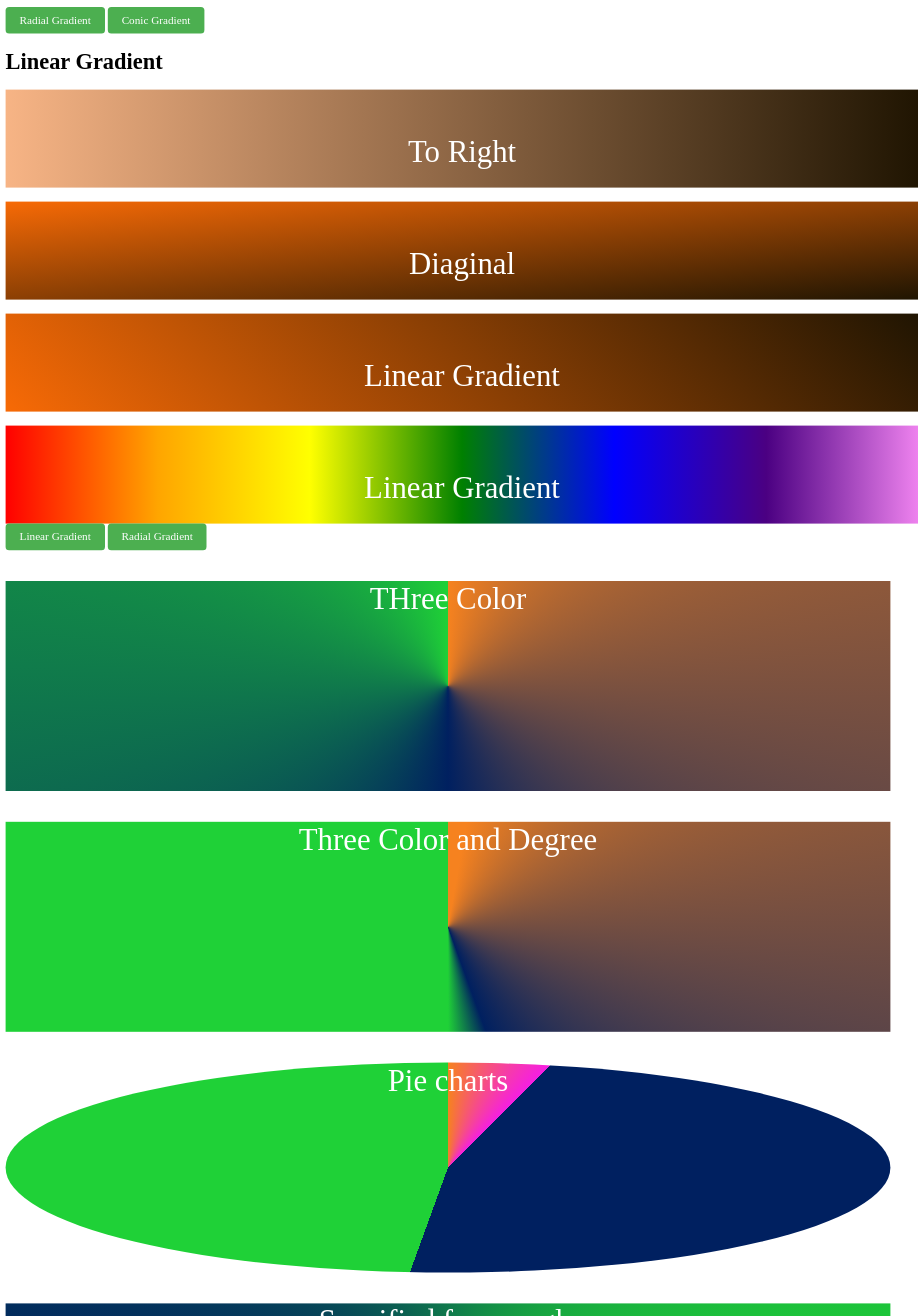
Repository: Pema-yangki/Css
Page: color.html
The author's editor kept a copy of each file at every save. The page is drawn from the files as they stood at one save, then again after the next save.
The browser window is 1280 px wide. The page is 1312 px wide, so the pictures cover 1312 px, including what lies to the right of the window. The pictures show the part of the page from y = 4620 to 6500 px (the page is 7134 px tall), at 70% of full size.

Above is the page before, as saved 2024-03-27 10:43:09.

### color.html
<!DOCTYPE html>
<html lang="en">
<head>
    <meta charset="UTF-8">
    <meta name="viewport" content="width=device-width, initial-scale=1.0">
    <title>Document</title>
    <style>
        div{
    margin-top: 20px;
    color: white;
    text-align: center;
    font-size: 44px;
}

.linear {
    background-image: linear-gradient(to right, #f7b485, #201502);
    width: 100%;
    height: 100px;
    padding: 20px;
}
.linearleft{
    background-image: linear-gradient(to bottom right, #f76a06, #201502);
    width: 100%;
    height: 100px;
    padding: 20px;
}
.angles {
    background-image: linear-gradient(45deg, #f76a06, #201502);
    width: 100%;
    height: 100px;
    padding: 20px;
}
.multi {
    background-image: linear-gradient(to right, red, orange, yellow, green, blue, indigo, violet);
    width: 100%;
    height: 100px;
    padding: 20px;
}
.styled-link {
    display: inline-block;
    padding: 10px 20px;
    background-color: #4CAF50;
    color: white;
    text-decoration: none;
    border-radius: 5px;
    transition: background-color 0.3s ease;
}

/* Hover effect */
.styled-link:hover {
    background-color: #45a049;
}

/* .linear{
    background-image: linear-gradient(to right, #ff7e5f, #feb47b);

    /* Set some additional styles for demonstration */
    /* width: 100%;
    height: 200px;
    border-radius: 10px;
    padding: 20px;
    color: white;
    text-align: center;
    font-size: 24px;
    font-family: Arial, sans-serif;
} */

.evenlyspaced {
    background-image:radial-gradient(#f6821f,#002060,#1fd137);
    height: 600px;
}
.differentlyspaced {
    background-image: radial-gradient(#f6821f
5%,#002060 15%,#1fd137 60%);
height: 600px;

}

.normal{
    background-image:
radial-gradient(at 60%
55%,#f6821f,#002060,#1fd137);
height: 600px;
}
.closest{
    background-image:
radial-gradient(closest-side at 60%
55%,#f6821f,#002060,#1fd137);
height: 600px;
}

.farther {
    background-image:
radial-gradient(farthest-side at 60%
55%,#f6821f,#002060,#1fd137);
height: 600px;
}
.closestcorner{
    background-image:
radial-gradient(closest-corner at 60%
55%,#f6821f,#002060,#1fd137);
height: 600px;
}

.Farthercorner{
    background-image:
radial-gradient(farthest-corner at 60%
55%,#f6821f,#002060,#1fd137);
height: 600px;
}

.threecolors{
    background-image:conic-gradient(#f6821f,#002060,#1fd137);
    height: 300px;}

.threecolorswithdegree{
    background-image: conic-gradient(#f6821f
10deg,#002060 160deg,#1fd137 180deg);
height: 300px;}

.piechart{
    background-image: conic-gradient(#f6821f
0deg,#f61fe1 45deg,#002060 45deg,#002060
200deg,#1fd137 200deg);
border-radius: 50%;
height: 300px;
}

.withangle{
    background-image: conic-gradient(from 90deg,
#f6821f ,#002060,#1fd137);
height: 300px;
}

.center{
    background-image: conic-gradient(at 20% 25%,
#f6821f ,#002060,#1fd137);
height: 300px;
}
    </style>
</head>
<body>
    <a href="index.html" class="styled-link">Linear Gradient</a>
    <a href="conic.html" class="styled-link">Conic Gradient</a>
    <h1>Radial Gradient</h1>
    <div class="evenlyspaced">
        <p>Evenly spaced</p>
    </div>
    <div class="differentlyspaced">
        <p>Differently spaced</p>
    </div>
    <div class="normal">
        <p>normal-side</p>
    </div>
     <div class="closest">
        <p>Closest-side</p>
    </div>
    <div class="farther">
        <p>farther-side</p>
    </div>

    <div class="closestcorner">
        <p>close corner</p>
    </div>
    <div class="Farthercorner">
        <p>far corner</p>
    </div> <br>
    <a href="radianr.html" class="styled-link">Radial Gradient</a>
    <a href="conic.html" class="styled-link">Conic Gradient</a>
    <h1>Linear Gradient</h1>
    <div class="linear">
        <p>To Right</p>
    </div>
    <div class="linearleft">
        <p>Diaginal</p>
    </div>
     <div class="angles">
        <p>Linear Gradient</p>
    </div>
    <div class="multi">
        <p>Linear Gradient</p>
    </div>

    <a href="index.html" class="styled-link">Linear Gradient</a>
    <a href="radianr.html" class="styled-link">Radial Gradient</a>
    <div class="threecolors">
        <p>THree Color</p>
    </div>
    <div class="threecolorswithdegree">
        <p>Three Color and Degree</p>
    </div>
    <div class="piechart">
        <p>Pie charts</p>
    </div>
    <div class="withangle">
        <p>Specified from angle</p>
    </div>
    <div class="center">
        <p>Specified from center</p>
    </div>

</body>
</html>

After the next save:
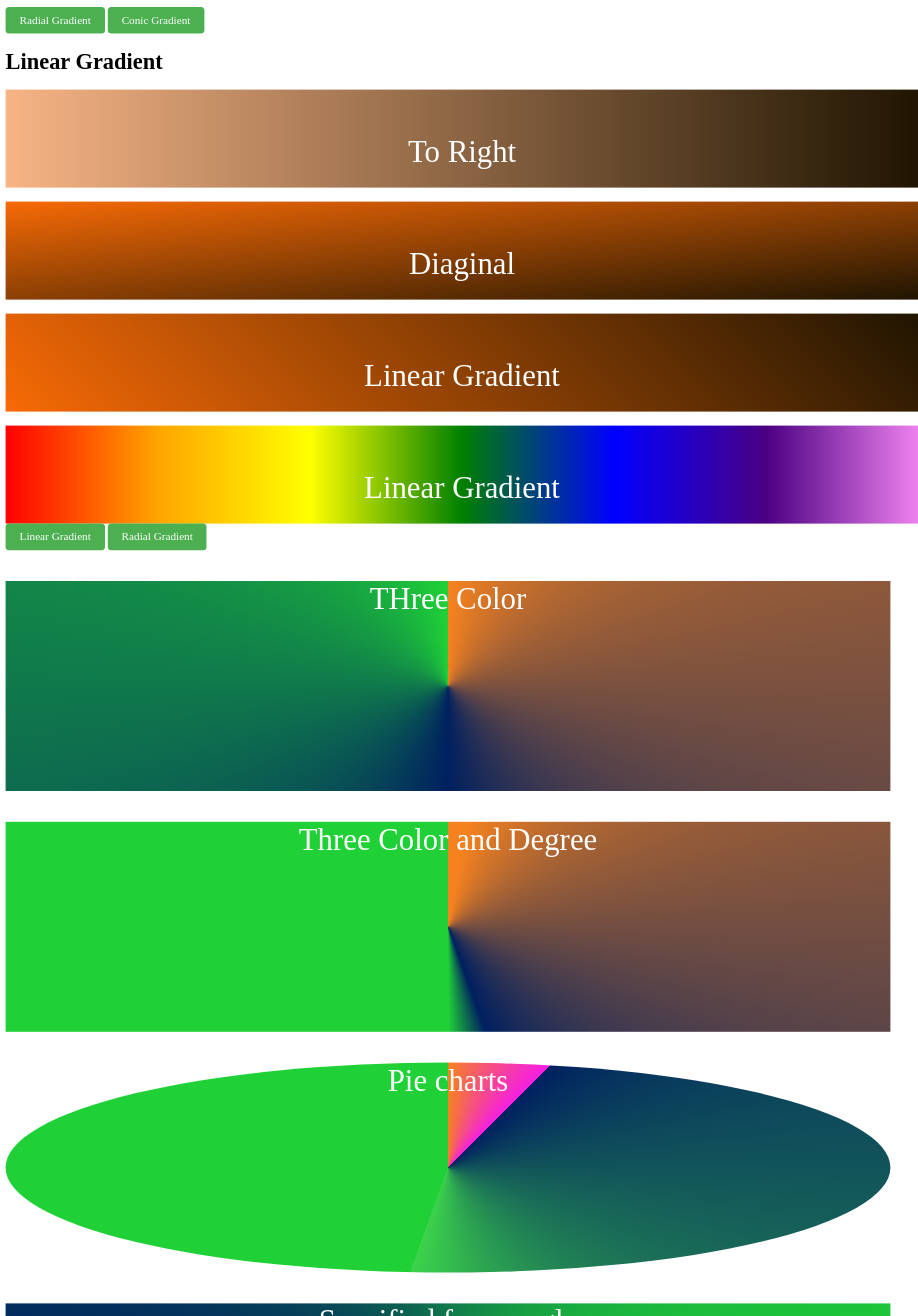
Saved 11 s later.
--- a/color.html
+++ b/color.html
@@ -120,7 +120,7 @@ height: 300px;}
 
 .piechart{
     background-image: conic-gradient(#f6821f
-0deg,#f61fe1 45deg,#002060 45deg,#002060
+0deg,#f61fe1 45deg,#002060 45deg,#3cd34b
 200deg,#1fd137 200deg);
 border-radius: 50%;
 height: 300px;
